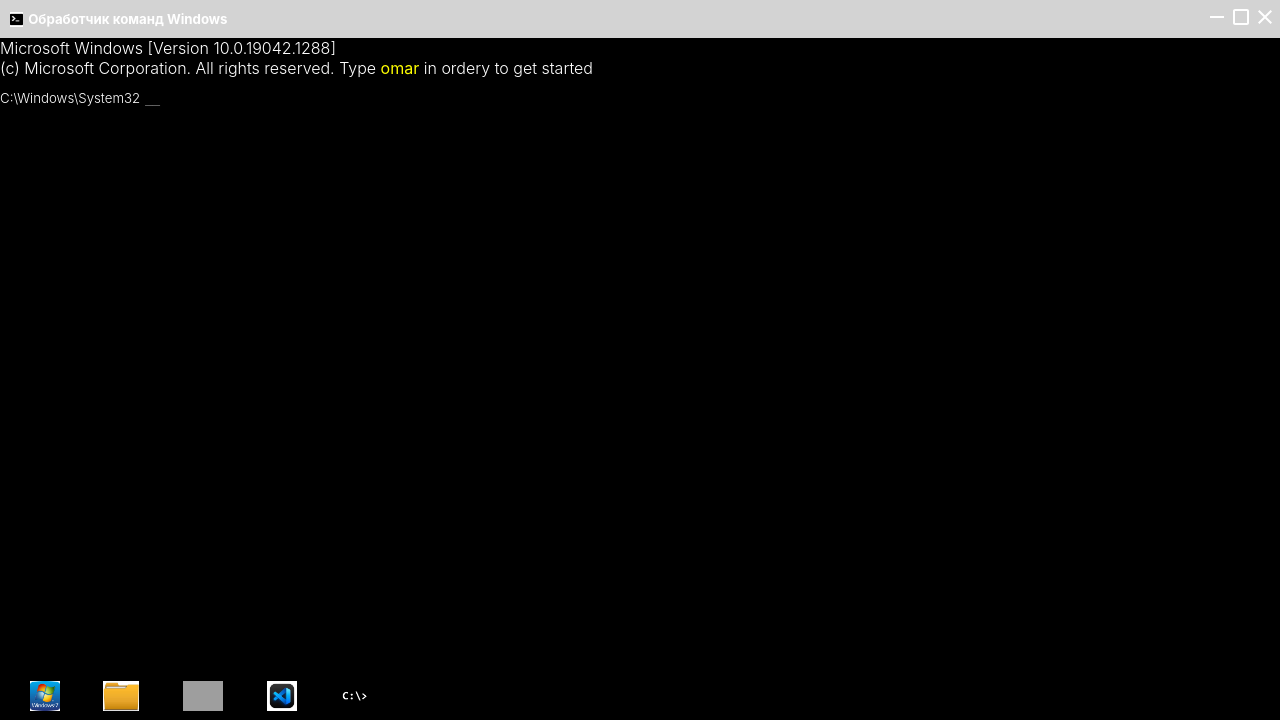
Repository: om1ars/cmd-port
Page: /
These files come from the project's save history. The page is drawn as it stood at one moment and after a run of saves; the edit follows.
The browser window is 1280 px wide. The pictures show the whole page.
Pictures or frames that could not be fetched are drawn as grey boxes. The project was rebuilt for these pictures with package versions that can differ from the ones it lists, and the page was loaded fresh each time. Also part of the build but not shown: src/Footer.js.

Above is the page before, as saved 2021-11-04 17:20:11.

### src/index.css
* {
  margin: 0;
  overflow-x: hidden;
}
body {
  margin: 0;
  font-family: -apple-system, BlinkMacSystemFont, 'Segoe UI', 'Roboto', 'Oxygen',
    'Ubuntu', 'Cantarell', 'Fira Sans', 'Droid Sans', 'Helvetica Neue',
    sans-serif;
  -webkit-font-smoothing: antialiased;
  -moz-osx-font-smoothing: grayscale;
}

code {
  font-family: source-code-pro, Menlo, Monaco, Consolas, 'Courier New',
    monospace;
}

### src/App.js
import { Close, CropSquare, Fastfood, Remove } from "@material-ui/icons";
import { useState } from "react";
import cmd from "./assets/cdm3.png";
import { Footer } from "./Footer";
import "./styles.css";
import cdm from "./assets/cdm.png";
import vs from "./assets/vs.jpg";
import google from "./assets/google.png";
import folderd from "./assets/folderd.jpg";
import windows from "./assets/windows.jpg";


function App() {
  const [state, setState] = useState("");
  const [stateSecond, setStateSecond] = useState("");
  const [omar, setOmar] = useState("");
  const [please, setPlease] = useState("");
  const [port, setPort] = useState("");
  const [about, setAbout] = useState("");
  const [exit, setExit] = useState("");
  const [shrink, setShrink] = useState(false);
  const [closeIcon, setCloseIcon] = useState(false);

  console.log(state);

  const handleSubmit = (e) => {
    e.preventDefault();
    setState("");
  };

  const handleSubmitSecond = (e) => {
    e.preventDefault();
    setStateSecond("");
  };

  const handleClick = () => {
    if (state === "omar") {
      setOmar("omar");
      setPlease("");
    } else if (state === "") {
      setPlease("Please type something otherwise you can not see anything");
      setOmar("");
    }
  };
  const handleClickSecond = () => {
    if (stateSecond === "exit") {
      setExit("exited");
      setAbout("");
      setPort("");
    } else if (stateSecond === "port") {
      setPort("port");
      setAbout("");
      setExit("");
    } else if (stateSecond === "about") {
      setPort("about");
      setAbout("");
      setExit("");
    }
  };

  const handleShrink = () => {
    setShrink(!shrink);
  };

  const handleCloseIcon = () => {
    setCloseIcon(!closeIcon);
  };

  return (
    <div className="app">
      <div
        className={`App__container ${shrink && `shrink`} ${
          closeIcon && `close`
        }`}
      >
        <div className="App__navbar">
          <div className="left">
            <img src={cmd} />
            <h5>Обработчик команд Windows</h5>
          </div>
          <div className="right">
            <Remove />
            <CropSquare onClick={handleShrink} />
            <Close onClick={handleCloseIcon} />
          </div>
        </div>
        <div className="app__context">
          <p>
            Microsoft Windows [Version 10.0.19042.1288] <br /> (c) Microsoft
            Corporation. All rights reserved. Type <span> omar </span> in ordery
            to get started
          </p>
          <h5>
            C:\Windows\System32
            <form onSubmit={handleSubmit}>
              <input
                value={state}
                onChange={(e) => setState(e.target.value)}
                type="text"
                placeholder="__"
              />
              <button type="submit" onClick={handleClick}></button>
            </form>
          </h5>
          {please && <h1>{please}</h1>}
          {omar && (
            <div className="second__layer">
              <h1>My name is Omar and I am a Fullstack Developer</h1>
              <p>
                Type <span>port</span> to get my portfolio
              </p>
              <p>
                Type <span>about</span> to get about me
              </p>
              <p>
                Type <span>exit</span> to quit
              </p>
              <h5>
                C:\Windows\System32
                <form onSubmit={handleSubmitSecond}>
                  <input
                    value={stateSecond}
                    onChange={(e) => setStateSecond(e.target.value)}
                    type="text"
                    placeholder="__"
                  />
                  <button type="submit" onClick={handleClickSecond}></button>
                </form>
              </h5>
            </div>
          )}
          {port && <p className="">{port}</p>}
          {about && <p className="">{about}</p>}
          {exit && <p className="">{exit}</p>}
        </div>
      </div>
      <div className="footer">
        <div className="icons">
          <div>
            <img className="windows" src={windows} />
          </div>
          <div>
            <img src={folderd} />
          </div>
          <div>
            <img src={google} />
          </div>
          <div>
            <img src={vs} />
          </div>
          <div>
            <img src={cdm} />
          </div>
        </div>
        <div className="hours"></div>
      </div>
    </div>
  );
}

export default App;

### src/styles.css
.App__container {
  background-color: black;
  min-height: 100vh;
  color: white;
}
.App__navbar {
  /* height: 25px; */
  width: 99%;
  padding-right: 25px;
  background-color: lightgray;
  padding-left: 10px;
  padding-top: 5px;
  display: flex;
  padding-bottom: 5px;
  align-items: center;
}
.App__navbar > h5 {
  color: black;
}
.left {
  display: flex;
  align-items: center;
}
.left > img {
  height: 15px;
  margin-right: 5px;
  object-fit: contain;
}

.app__context > p {
  font-weight: 300;
}
.app__context > h5 {
  margin-top: 12px;
  font-weight: 300;
  margin-right: 5px;
}

input {
  border: none;
  outline: none;
  width: 80%;
  background-color: black;
}
input {
  color: yellow;
  margin-left: 3px;
}
button {
  display: none;
}
.app__context > h5 {
  display: flex;
}
.app__context > p > span {
  color: yellow;
  font-weight: 400;
}
.App__navbar {
  display: flex;
  align-items: center;
  justify-content: space-between;
}
.please {
  color: yellow;
  font-weight: 400;
}

.second__layer {
  display: flex;
  flex-direction: column;
}
.second__layer > p > span {
  color: yellow;
  font-weight: 400;
  margin-bottom: 10px;
}

.second__layer > h5 {
  margin-top: 25px;
}
.shrink {
  width: 800px;
  min-height: 500px;
  margin: auto;
}
.close {
  display: none;
}

.footer {
  display: flex;
  justify-content: space-between;
  align-items: center;
  padding: 5px 8px;
  max-height: 200px;
  position: fixed;
  bottom: 0;
  width: 100%;
}

.icons {
  display: flex;
  align-items: center;
  justify-content: space-around;
  flex: 0.3;
}
.icons > div > img {
  height: 30px;
  object-fit: contain;
  cursor: pointer;
}
.icons > div:hover {
  background-color: gray;
}
.windows {
  /* margin-right: 20px; */
}

.app {
  position: relative;
}

Loaded but not shown: public/index.html (common file); src/index.js (common file)

After the next 2 saves:
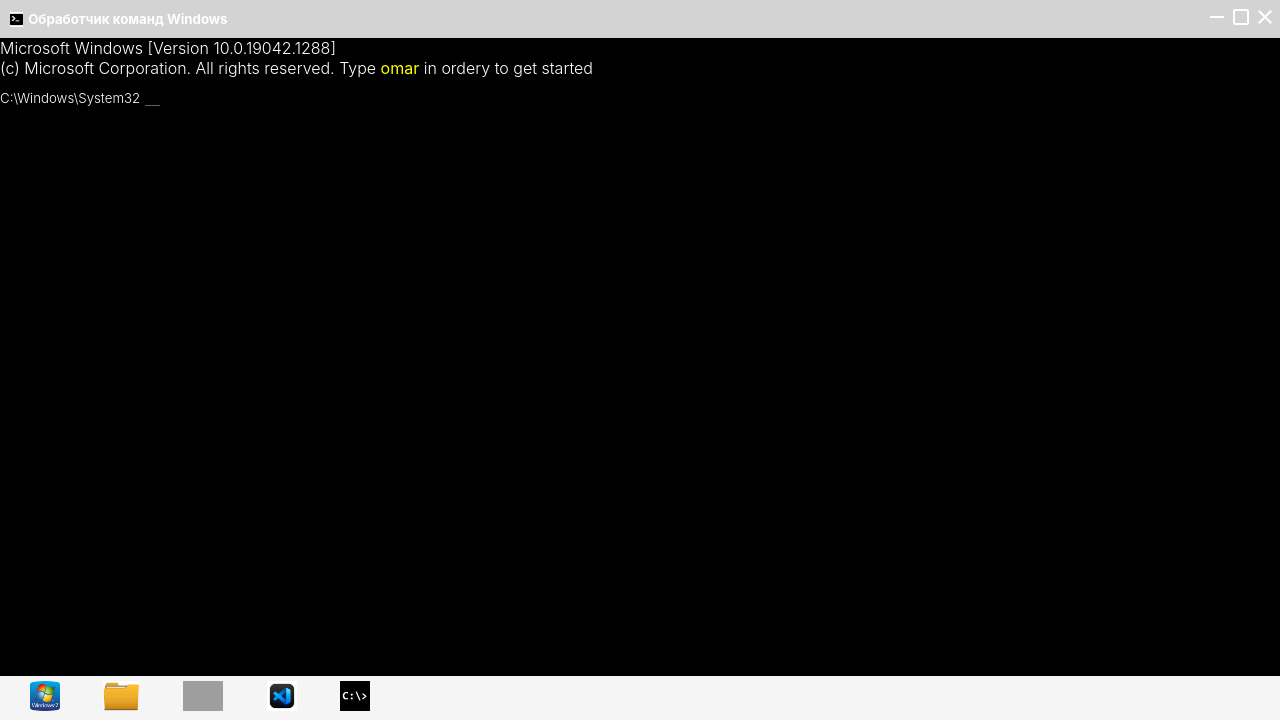
The 2 saves are shown as one change because they came seconds apart.
The last was saved 15 s later.
--- a/src/styles.css
+++ b/src/styles.css
@@ -93,6 +93,7 @@
   justify-content: space-between;
   align-items: center;
   padding: 5px 8px;
+  background-color: whitesmoke;
   max-height: 200px;
   position: fixed;
   bottom: 0;
